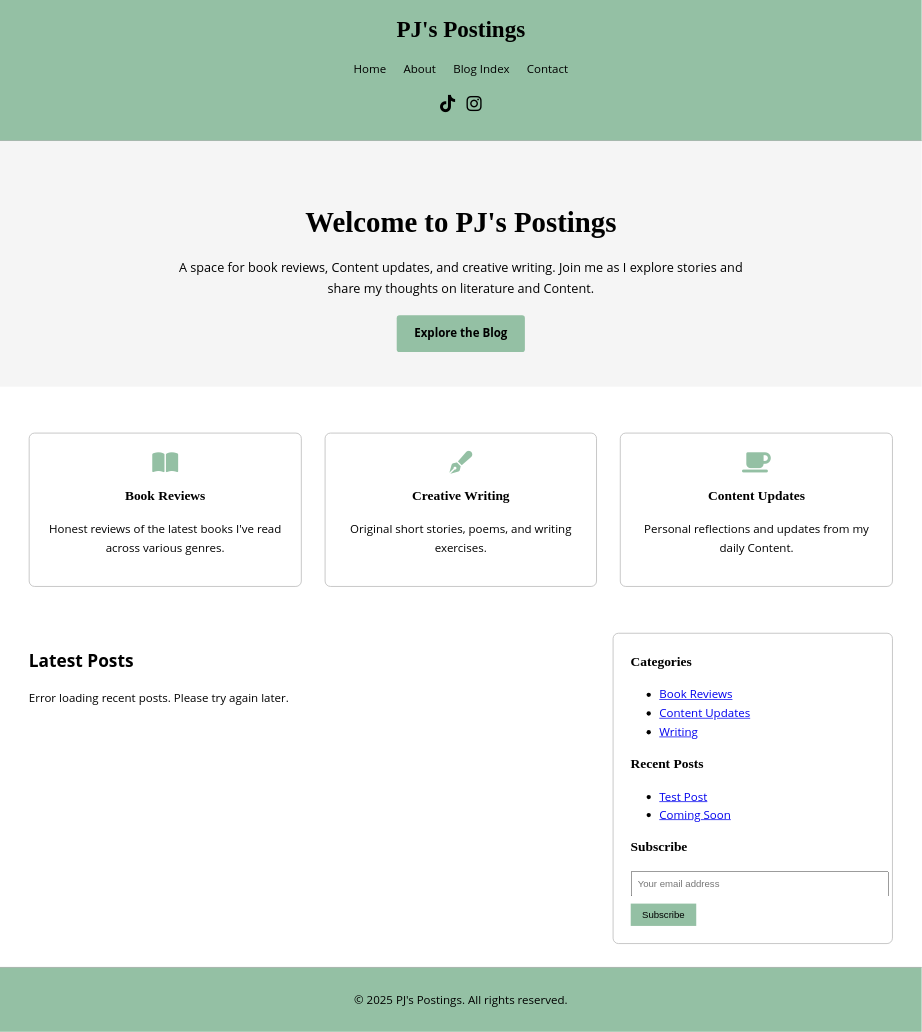
Repository: pjpatrick071/pjpatrick071.github.io
Page: index.html
The author's editor kept a copy of each file at every save. The page is drawn from the files as they stood at one save, then again after a run of saves.
The browser window is 1280 px wide. The pictures show the whole page, at 72% of full size.
Some web fonts or font styles are not loaded; a fallback is used.

Above is the page before, as saved 2025-04-07 21:24:20.

After the next 2 saves:
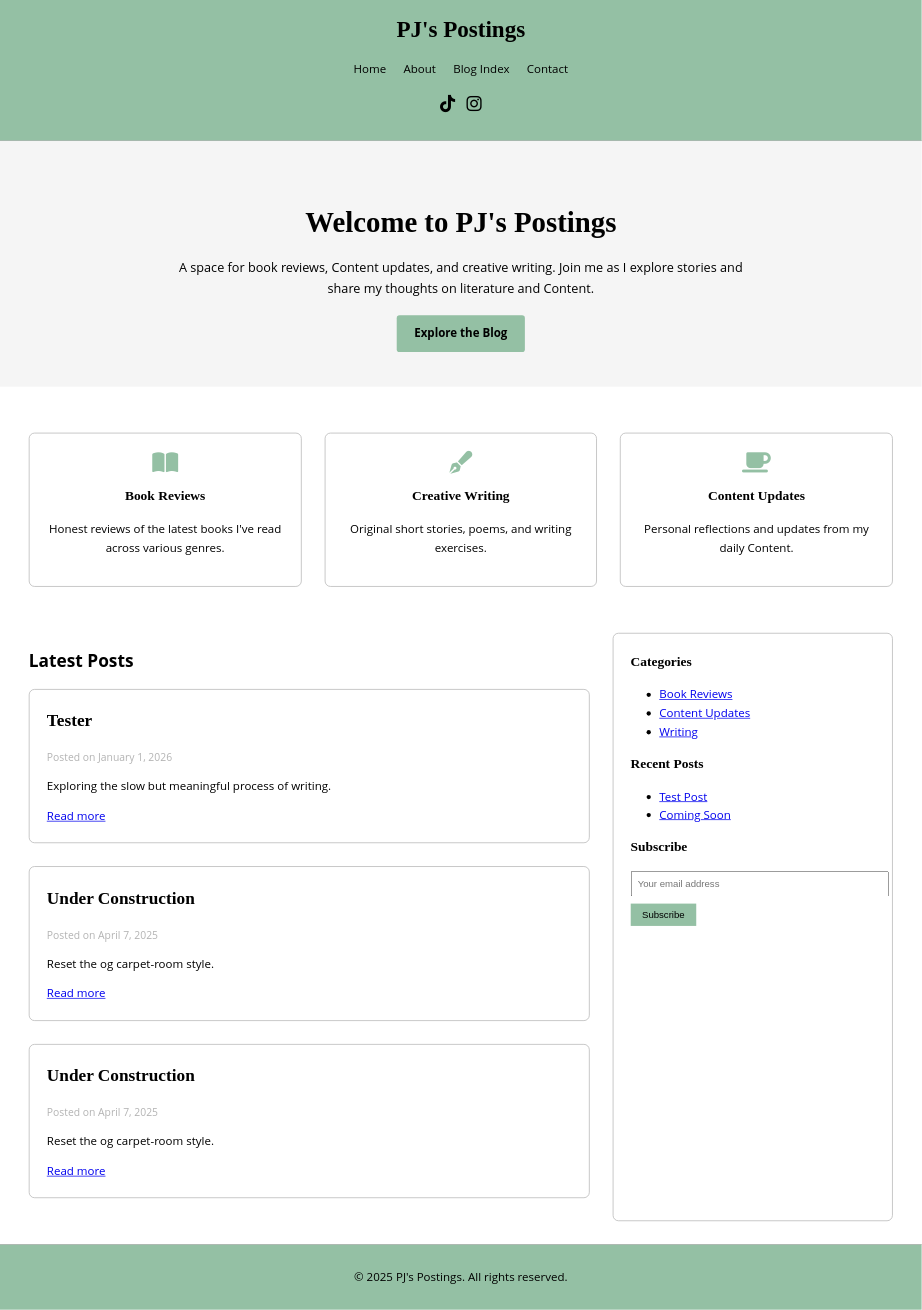
The 2 saves are shown as one change because they came seconds apart.
The last was saved 11 s later.
--- a/posts.json
+++ b/posts.json
@@ -19,11 +19,11 @@
       {
         "title": "Under Construction",
         "date": "2025-04-07",
-        "url": "posts/underConstruction.html",
+        "url": "posts/underConstruction2.html",
         "excerpt": "Reset the og carpet-room style.",
         "category": "book-reviews",
         "requested": false
-      },
+      }
 
     ]
   }
